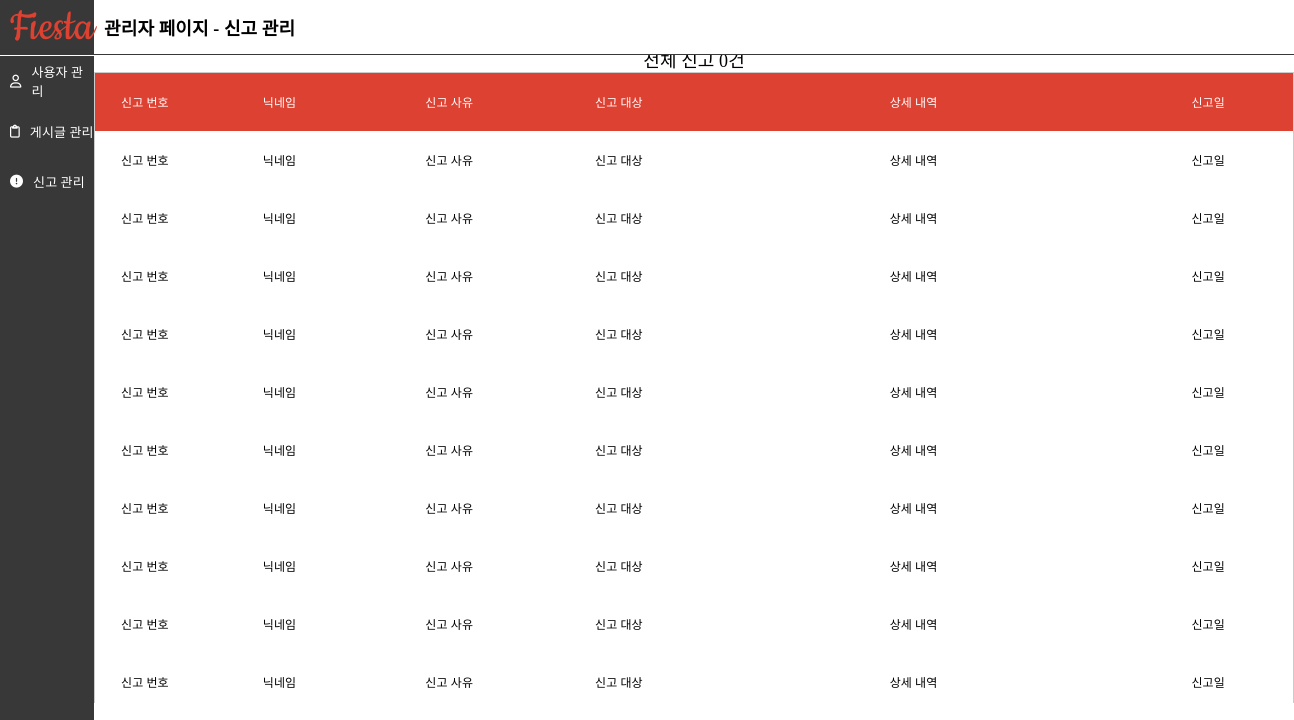
Repository: SNSFiestaTeam/Fiesta
Page: Fiesta/src/main/webapp/html/management/management-report.html
An editor plug-in stored every save of this project. The page is shown before and after the next save, followed by the edit.
The browser window is 1280 px wide. The page is 1294 px wide, so the pictures cover 1294 px, including what lies to the right of the window. The pictures show the whole page.
The pointer rests on the first visible `.row`.
Some web fonts or font styles are not loaded; a fallback is used. Some web libraries are served in a nearby version.

Above is the page before, as saved 2022-12-06 12:38:31.

### Fiesta/src/main/webapp/html/management/management-report.html
<!DOCTYPE html>
<html lang="en">
<head>
  <meta charset="UTF-8">
  <meta http-equiv="X-UA-Compatible" content="IE=edge">
  <meta name="viewport" content="width=device-width, initial-scale=1.0">
  <link rel="stylesheet" href="../../resources/css/common-style.css">
  <link rel="stylesheet" href="../../resources/css/management/management.css">
  <script
      src="https://kit.fontawesome.com/591746f9e8.js"
      crossorigin="anonymous"
    ></script>
  <title>관리자페이지</title>
</head>
<body>
  <sidebar class="sidebar">
    <span class="title">Fiesta</span>
    <a href="#" class="bar-item button"><i class="fa-regular fa-user"></i> 사용자 관리</a>
    <a href="#" class="bar-item button"><i class="fa-regular fa-clipboard"></i>게시글 관리</a>
    <a href="#" class="bar-item button"><i class="fa-solid fa-circle-exclamation"></i>신고 관리</a>
  </sidebar>

  <main class ="management-container">

    <div class="management-title">
      <h1>관리자 페이지 - 신고 관리</h1>
    </div>

    <div class="management-content">
      <span>전체 신고 0건</span>
      <section class="report-container">
        <div class="row rh">
          <span class="cor1">신고 번호</span>
          <span class="cor2">닉네임</span>
          <span class="cor3">신고 사유</span>
          <span class="cor4">신고 대상</span>
          <span class="cor5">상세 내역</span>
          <span class="cor6">신고일</span>
        </div>
        <div class="row report">
          <span class="cor1">신고 번호</span>
          <span class="cor2">닉네임</span>
          <span class="cor3">신고 사유</span>
          <span class="cor4">신고 대상</span>
          <span class="cor5">상세 내역</span>
          <span class="cor6">신고일</span>
        </div>
        <div class="row report">
          <span class="cor1">신고 번호</span>
          <span class="cor2">닉네임</span>
          <span class="cor3">신고 사유</span>
          <span class="cor4">신고 대상</span>
          <span class="cor5">상세 내역</span>
          <span class="cor6">신고일</span>
        </div>
        <div class="row report">
          <span class="cor1">신고 번호</span>
          <span class="cor2">닉네임</span>
          <span class="cor3">신고 사유</span>
          <span class="cor4">신고 대상</span>
          <span class="cor5">상세 내역</span>
          <span class="cor6">신고일</span>
        </div>
        <div class="row report">
          <span class="cor1">신고 번호</span>
          <span class="cor2">닉네임</span>
          <span class="cor3">신고 사유</span>
          <span class="cor4">신고 대상</span>
          <span class="cor5">상세 내역</span>
          <span class="cor6">신고일</span>
        </div>
        <div class="row report">
          <span class="cor1">신고 번호</span>
          <span class="cor2">닉네임</span>
          <span class="cor3">신고 사유</span>
          <span class="cor4">신고 대상</span>
          <span class="cor5">상세 내역</span>
          <span class="cor6">신고일</span>
        </div>
        <div class="row report">
          <span class="cor1">신고 번호</span>
          <span class="cor2">닉네임</span>
          <span class="cor3">신고 사유</span>
          <span class="cor4">신고 대상</span>
          <span class="cor5">상세 내역</span>
          <span class="cor6">신고일</span>
        </div>
        <div class="row report">
          <span class="cor1">신고 번호</span>
          <span class="cor2">닉네임</span>
          <span class="cor3">신고 사유</span>
          <span class="cor4">신고 대상</span>
          <span class="cor5">상세 내역</span>
          <span class="cor6">신고일</span>
        </div>
        <div class="row report">
          <span class="cor1">신고 번호</span>
          <span class="cor2">닉네임</span>
          <span class="cor3">신고 사유</span>
          <span class="cor4">신고 대상</span>
          <span class="cor5">상세 내역</span>
          <span class="cor6">신고일</span>
        </div>
        <div class="row report">
          <span class="cor1">신고 번호</span>
          <span class="cor2">닉네임</span>
          <span class="cor3">신고 사유</span>
          <span class="cor4">신고 대상</span>
          <span class="cor5">상세 내역</span>
          <span class="cor6">신고일</span>
        </div>
        <div class="row report">
          <span class="cor1">신고 번호</span>
          <span class="cor2">닉네임</span>
          <span class="cor3">신고 사유</span>
          <span class="cor4">신고 대상</span>
          <span class="cor5">상세 내역</span>
          <span class="cor6">신고일</span>
        </div>

      </section>
    </div>

  </main>


  <script src="/resources/js/management/management.js"></script>
</body>
</html>

### Fiesta/src/main/webapp/resources/css/common-style.css
@import url('https://fonts.googleapis.com/css2?family=Noto+Sans+KR:wght@100;300;400;500;700;900&display=swap');
@import url('https://fonts.googleapis.com/css2?family=Chewy&display=swap');
@import url('https://fonts.googleapis.com/css2?family=Leckerli+One&display=swap');
@import url('https://fonts.googleapis.com/css2?family=Cookie&display=swap');
@import './root-style.css';
@import url('https://fonts.googleapis.com/css2?family=Nanum+Gothic:wght@400;700;800&display=swap');
@import url('https://fonts.googleapis.com/css2?family=IBM+Plex+Sans+KR:wght@100;200;300;400;500&display=swap');

@font-face {
  font-family: 'NanumSquareNeo-Variable';
  src: url('https://cdn.jsdelivr.net/gh/projectnoonnu/noonfonts_11-01@1.0/NanumSquareNeo-Variable.woff2') format('woff2');
  font-weight: normal;
  font-style: normal;
}

@font-face {
  font-family: 'NanumBarunGothic';
  font-style: normal;
  font-weight: 400;
  src: url('//cdn.jsdelivr.net/font-nanumlight/1.0/NanumBarunGothicWeb.eot');
  src: url('//cdn.jsdelivr.net/font-nanumlight/1.0/NanumBarunGothicWeb.eot?#iefix') format('embedded-opentype'), url('//cdn.jsdelivr.net/font-nanumlight/1.0/NanumBarunGothicWeb.woff') format('woff'), url('//cdn.jsdelivr.net/font-nanumlight/1.0/NanumBarunGothicWeb.ttf') format('truetype');
 }

 @font-face {
  font-family: 'S-CoreDream-3Light';
  src: url('https://cdn.jsdelivr.net/gh/projectnoonnu/noonfonts_six@1.2/S-CoreDream-3Light.woff') format('woff');
  font-weight: normal;
  font-style: normal;
}

@font-face {
  font-family: 'SUIT-Regular';
  src: url('https://cdn.jsdelivr.net/gh/projectnoonnu/noonfonts_suit@1.0/SUIT-Regular.woff2') format('woff2');
  font-weight: normal;
  font-style: normal;
}
/* 전체 적용 스타일 */
* {
  margin: 0;
  padding: 0;
  box-sizing: border-box;
  list-style: none;
  /* font-family: 'Noto Sans KR', sans-serif; */
  /* font-family: 'Nanum Gothic', sans-serif; */
  /* font-family: 'IBM Plex Sans KR', sans-serif; */
  font-family: 'NanumSquareNeo-Variable';
  /* font-family: 'NanumBarunGothic'; */
  /* font-family: 'SUIT-Regular'; */
  letter-spacing: 0.1px;
}

a {
  text-decoration: none;
  color: black;
}

body {
  width: vw;
  font-size: 18px;
}

button {
  border: none;
  background-color: white;
}

footer {
  width: 100%;
  height: 134px;
  color: gray;
  font-size: var(--small-font-size);
  padding-bottom: 40px;

  display: flex;
  flex-direction: column;
  justify-content: space-around;
  align-items: center;
}

footer a {
  color: gray;
}

header {
  width: 100%;
  height: 60px;
  border-bottom: 1px solid #ccc;

  position: sticky;
  top: 0;
  background-color: white;

  display: flex;
  justify-content: center;
  z-index: 2;
}

header > section {
  width: 1000px;
  padding: 0 20px;

  display: flex;
  justify-content: space-between;
  align-items: center;
}

.logo-section a {
  font-family: 'Cookie', cursive;
  /* font-family: 'Chewy', cursive; */
  color: #dd4132;
  font-size: 50px;
  width: 120px;
  height: auto;
}

#logo {
  width: 120px;
  height: auto;
}

.search-section {
  width: 50%;

  display: flex;
  justify-content: center;
}

.search-section fieldset {
  height: 36px;
  width: 90%;
  background-color: --main-font-color;
  border: none;
  border-radius: 5px;

  display: flex;
  justify-content: center;
  align-items: center;
}

.search-section fieldset input {
  width: 200px;
}

#searchX {
  display: flex;
  justify-content: center;
  align-items: center;

  border-radius: 50%;

  display: none;
}

#searchX > i {
  background-color: #ccc;
  display: block;
  width: 15px;
  height: 15px;
  border-radius: 50%;
  font-size: 10px;

  display: flex;
  justify-content: center;
  align-items: center;
  color: white;
}

.search-section fieldset:focus-within > #search-glass {
  display: none;
}

.search-section fieldset:focus-within > #searchX {
  display: inline;
}

.search-section fieldset > input {
  height: 25px;
  border: none;
  outline: none;
  font-size: var(--madium-font-size);

  flex-basis: 80%;
}

.search-section fieldset > button {
  height: 25px;
  margin-right: 10px;
  font-size: 16px;
  color: var(--main-font-color);

  flex-basis: 10%;
}

nav {
  min-width: 300px;
}

nav > ul {
  font-size: var(--large-icon-size);

  display: flex;
  justify-content: space-between;
}

nav li {
  margin-left: 10px;
  flex-shrink: 0;

  text-align: center;
}

nav li > button {
  width: 100%;
  height: 100%;
  font-size: var(--large-icon-size);
}

nav li > button:active {
  color: var(--main-font-color);
}

nav li > a:active {
  color: var(--main-font-color);
}

nav i {
  flex-shrink: 0;
}

#searchBtn {
  display: none;
}

.toggle-search-section {
  display: none;
}

@media screen and (min-width: 1024px) {
  /* Desktop */
}

@media screen and (min-width: 471px) and (max-width: 1023px) {
  /* Tablet */
}

@media screen and (max-width: 780px) {
  .search-section > form {
    display: none;
  }

  #searchBtn {
    display: inline;
  }

  .toggle-search-section {
    width: 100vw;
    height: 80px;

    position: sticky;
    top: 60px;

    display: flex;
    justify-content: center;
    align-items: center;
    z-index: 40;
    display: none;
  }

  .toggle-search-section fieldset {
    height: 38px;
    width: 100%;
    background-color: #ffffff90;
    border: 1px solid #8e8e8e;
    border-radius: 5px;
    padding-left: 10px;

    display: flex;
    justify-content: center;
    align-items: center;
  }

  .toggle-search-section fieldset > input {
    height: 100%;
    width: 100%;
    border: none;
    outline: none;
    font-size: var(--madium-font-size);
    background-color: #ffffff00;

    flex-basis: 80%;
  }

  .toggle-search-section fieldset > button {
    height: 30px;
    margin-right: 10px;
    font-size: 16px;
    color: var(--fiesta-color);
    background-color: #ffffff00;

    flex-basis: 10%;
  }
}

@media screen and (max-width: 470px) {
  /* mobile */

  html {
    width: 100%;
  }

  body {
    width: vw;
  }

  footer {
    display: none;
  }

  #header-section {
    width: vw;
  }

  #newPost {
    width: 60px;
    height: 60px;
    border: 2px solid #8e8e8e;
    border-radius: 50%;
    background-color: white;
    display: flex;
    justify-content: center;
    align-items: center;

    font-size: 30px;

    position: fixed;
    bottom: 20px;
    right: 10px;
  }
}

#header-menu-toggle{
  display: none;
}

label[for='header-menu-toggle'] {
  cursor: pointer;
}

/* 체크박스 다음 div */
#toggle-menu{
  display: none;
}

/* 체크박스가 체크된 경우 다음 div */
#header-menu-toggle:checked + div{
  display: block;
}

.header-menu-parent{
  position: relative;
}

#toggle-menu{
  position: absolute;
  top: 30px;
  right: -10px;
  z-index: 500;
  width: 150px;
  height: 100px;
  background-color: white;
  box-shadow: 0px 0px 1px gray;
  border-radius: 6px;
}


#toggle-menu > a{
  display: flex;
  height: 50%;
  justify-content: center;
  align-items: center;
  font-size: 14px;
  font-weight: bold;
}

#toggle-menu > a:first-child{
  border-bottom: 1px solid #ccc;
}

### Fiesta/src/main/webapp/resources/css/management/management.css
@import '../root-style.css';

@font-face {
  font-family: 'NanumSquareNeo-Variable';
  src: url('https://cdn.jsdelivr.net/gh/projectnoonnu/noonfonts_11-01@1.0/NanumSquareNeo-Variable.woff2') format('woff2');
  font-weight: normal;
  font-style: normal;
}

* {
  font-family: 'NanumSquareNeo-Variable';
}

body {
  display: flex;
  width: 100%;
  height: 100vh;

  overflow-y: hidden;
}

/* 사이드 바 */
.sidebar{
  flex-grow: 0;
  width: 200px;
  height: 100%;
  background-color: rgb(56, 56, 56);
  color: white;

  display: flex;
  flex-direction: column;


  font-size: 13px;
}


.title {
  font-size: 50px;
  color: var(--fiesta-color);
  font-family: 'Cookie', cursive;
  border-bottom: 1px solid white;
  padding-left: 10px;
}

.button {
  color: white;
  width: 100%;
  height: 50px;

  display: flex;
  align-items: center;

  padding-left: 10px;
}

.button > *{
  margin-right: 10px;
}


.button:hover {
  background-color: white;
  color: rgb(56, 56, 56);
}

.management-container {
  width: 100%;
  height: 100%;

}

/* 관리자 페이지 타이틀 */
.management-title{
  display: flex;
  align-items: center;

  height: 55px;
  font-size: 9px;

  border-bottom: 1px solid rgb(56, 56, 56);
  padding-left: 10px

}

/* 관리자 페이지 내용 */
.management-content {
  height: 90%;

  display: flex;
  flex-direction: column;
  justify-content: center;
  align-items: center;

  overflow-y: scroll;
}

.report-container {
  border: 1px solid #ccc;

  width: 1200px;
  height: 700px;
}

.row {
  height: 58px;
  display: flex;
  align-items: center;
  justify-content: space-around;
}

.rh {
  color: grey;
}

.row:hover {
  background-color: var(--fiesta-color);
  color:white;
}

.row > span {

  font-size: 12px;

  text-align: center;

}

.cor1 {
  width: 80px;
}

.cor2 {
  width: 150px;
}
.cor3 {
  width: 150px;
}
.cor4 {
  width: 150px;
}
.cor5 {
  width: 400px;
}
.cor6 {
  width: 150px;
}

### Fiesta/src/main/webapp/resources/js/management/management.js


function w3_open() {
  document.getElementById("mySidebar").style.display = "block";
}

function w3_close() {
  document.getElementById("mySidebar").style.display = "none";
}

### Fiesta/src/main/webapp/resources/css/root-style.css
/* 루트 함수
공동으로 사용할 스타일을 미리 지정해놓고 사용 가능
스타일 지정시 지정할 스타일: 루트 함수명 으로 사용 가능
--만 타이핑 하면 자동완성 리스트가 뜨고
선택하면 var()함수까지 자동완성됨 */
:root {
  --background-color: white;
  --main-font-color: #8e8e8e;
  --icon-button-color: #262626;
  --point-font-color: #0095f6;
  --mention-font-color: #00376b;
  --fiesta-color: #dd4132;
  --small-font-size: 12px;
  --main-font-size: 13px;
  --medium-font-size: 16px;
  --large-icon-size: 24px;
}

After the next save:
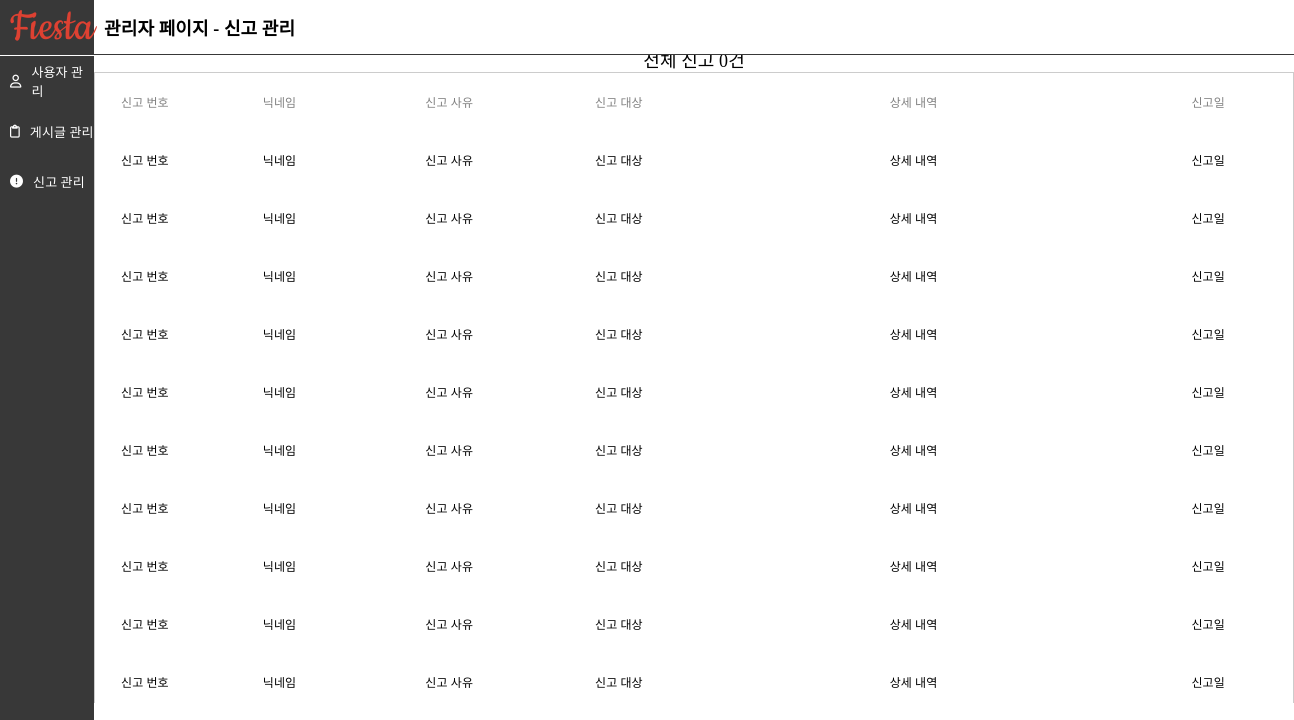
Saved 3 s later.
--- a/Fiesta/src/main/webapp/resources/css/management/management.css
+++ b/Fiesta/src/main/webapp/resources/css/management/management.css
@@ -113,7 +113,7 @@ body {
   color: grey;
 }
 
-.row:hover {
+.report:hover {
   background-color: var(--fiesta-color);
   color:white;
 }
